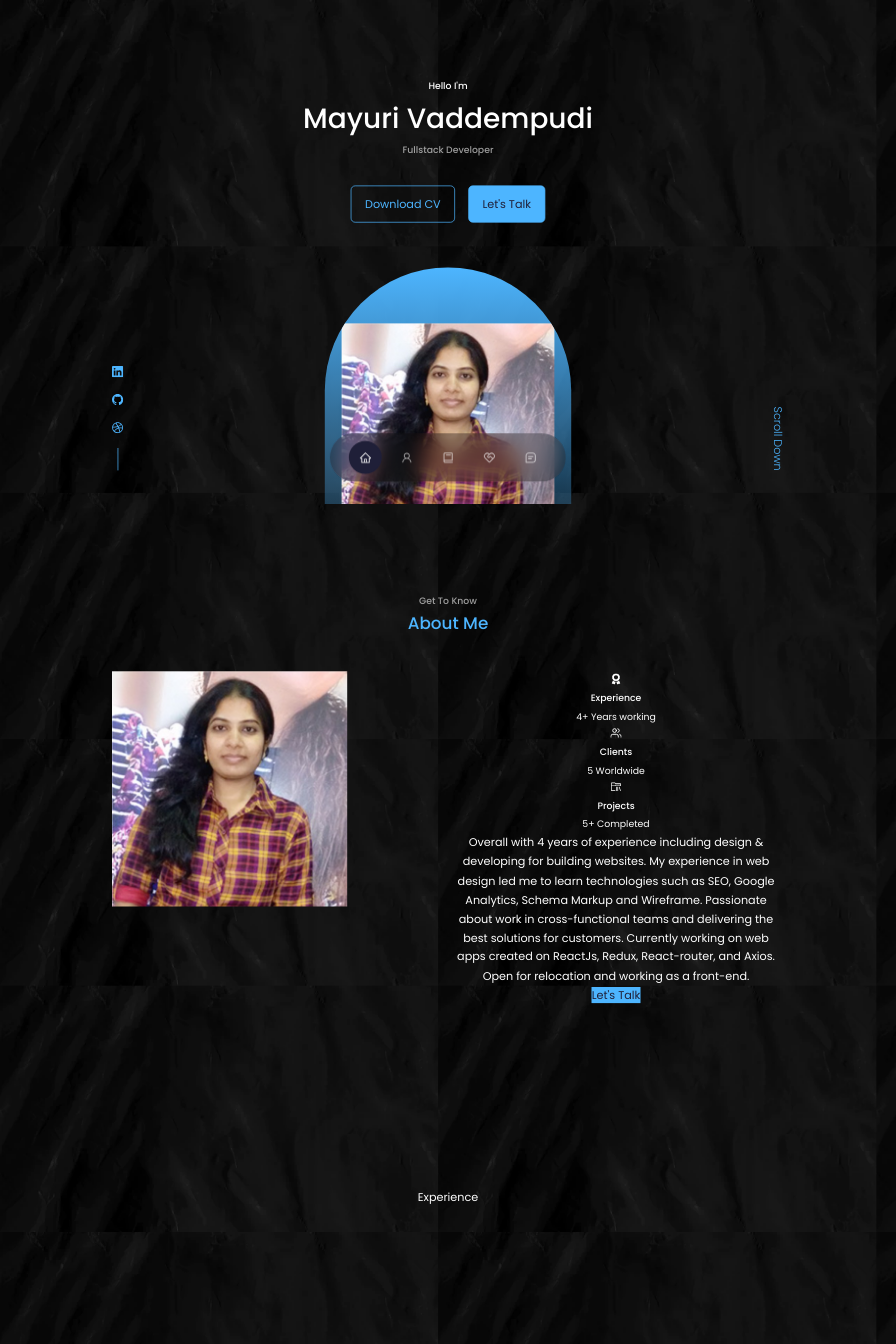
Repository: mayuri2018/Mr_react_portfolio
Page: /
An editor plug-in stored every save of this project. The page is shown before and after the next save, followed by the edit.
The browser window is 1280 px wide. The pictures show the part of the page from y = 0 to 1920 px (the page is 5835 px tall), at 70% of full size.
The project was rebuilt for these pictures with package versions that can differ from the ones it lists, and the page was loaded fresh each time. Also part of the build but not shown: src/components/experience/experience.css, src/components/services/services.css, src/components/portfolio/portfolio.css, src/components/testimonials/testimonials.css, src/components/contact/contact.css, src/components/footer/footer.css.

Above is the page before, as saved 2023-01-25 13:33:59.

After the next save:
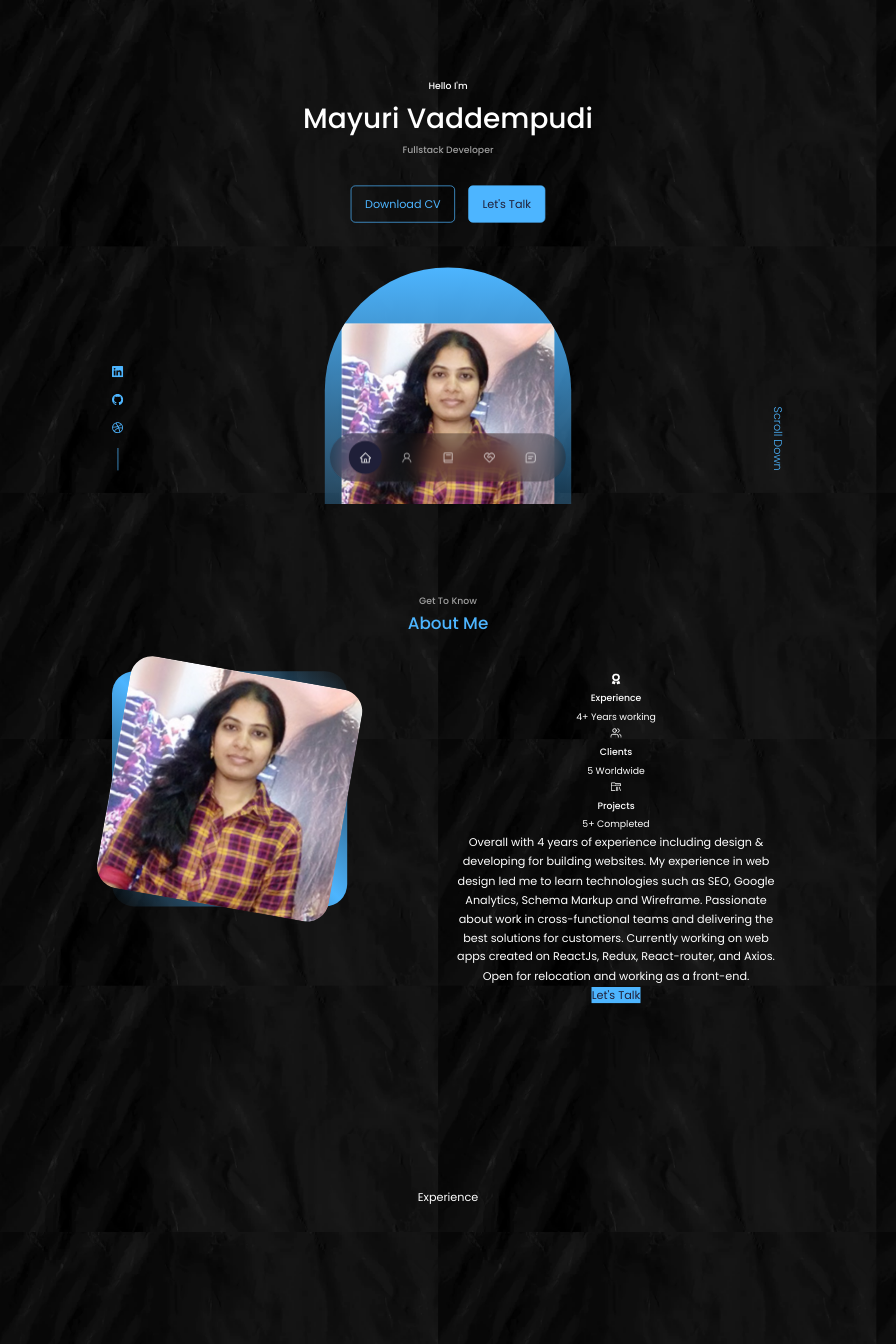
Saved 53 s later.
--- a/src/components/about/about.css
+++ b/src/components/about/about.css
@@ -16,3 +16,9 @@
     display: grid;
     place-items: center;
 }
+
+.about_me-image{
+    border-radius: 2rem;
+    overflow: hidden;
+    transform: rotate(10deg);
+}
